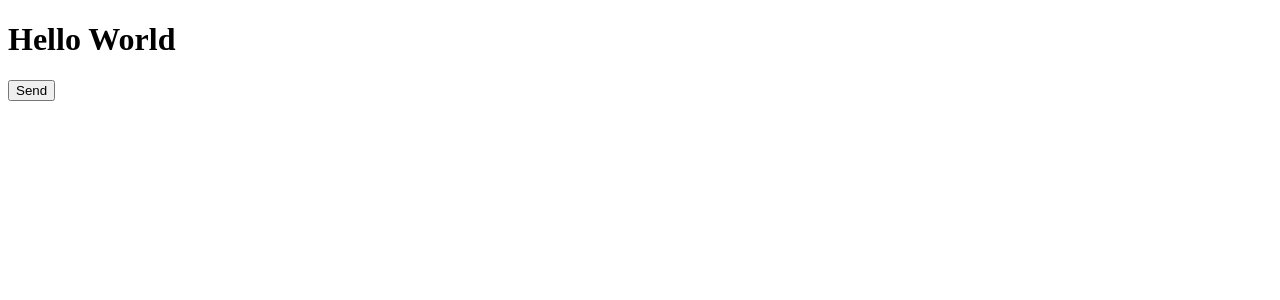
Repository: filiptodoric/blackjack-eclipse
Page: blackjack/WebContent/index.html
These files come from the project's save history. The page is drawn as it stood at one moment and after the next save; the edit follows.
The browser window is 1280 px wide. The pictures show the whole page.
Some web libraries are served in a nearby version.

Above is the page before, as saved 2015-11-07 02:24:24.

### blackjack/WebContent/index.html
<!DOCTYPE html>
<html>
<head>
<meta charset="UTF-8">
<title>Blackjack</title>
</head>
<script>
  console.log("hello");
</script>

<body>
<h1>Hello World</h1>
<form action="myServer" >
	<input type="submit" value="Send" />
</form>
</body>
</html>

After the next save:
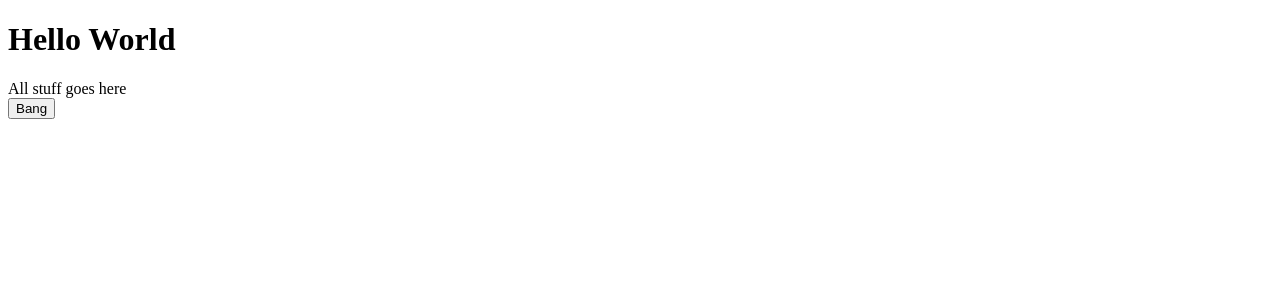
Saved 24 min 58 s later.
--- a/blackjack/WebContent/index.html
+++ b/blackjack/WebContent/index.html
@@ -4,14 +4,16 @@
 <meta charset="UTF-8">
 <title>Blackjack</title>
 </head>
+<script src="https://ajax.googleapis.com/ajax/libs/jquery/2.1.3/jquery.min.js"></script>
 <script>
-  console.log("hello");
+function change(){
+  $("#test").html("bang");
+}
+  console.dir("hello");
 </script>
-
 <body>
 <h1>Hello World</h1>
-<form action="myServer" >
-	<input type="submit" value="Send" />
-</form>
+  <div id="test"> All stuff goes here </div>
+  <button onclick="change()">Bang</button>
 </body>
 </html>
